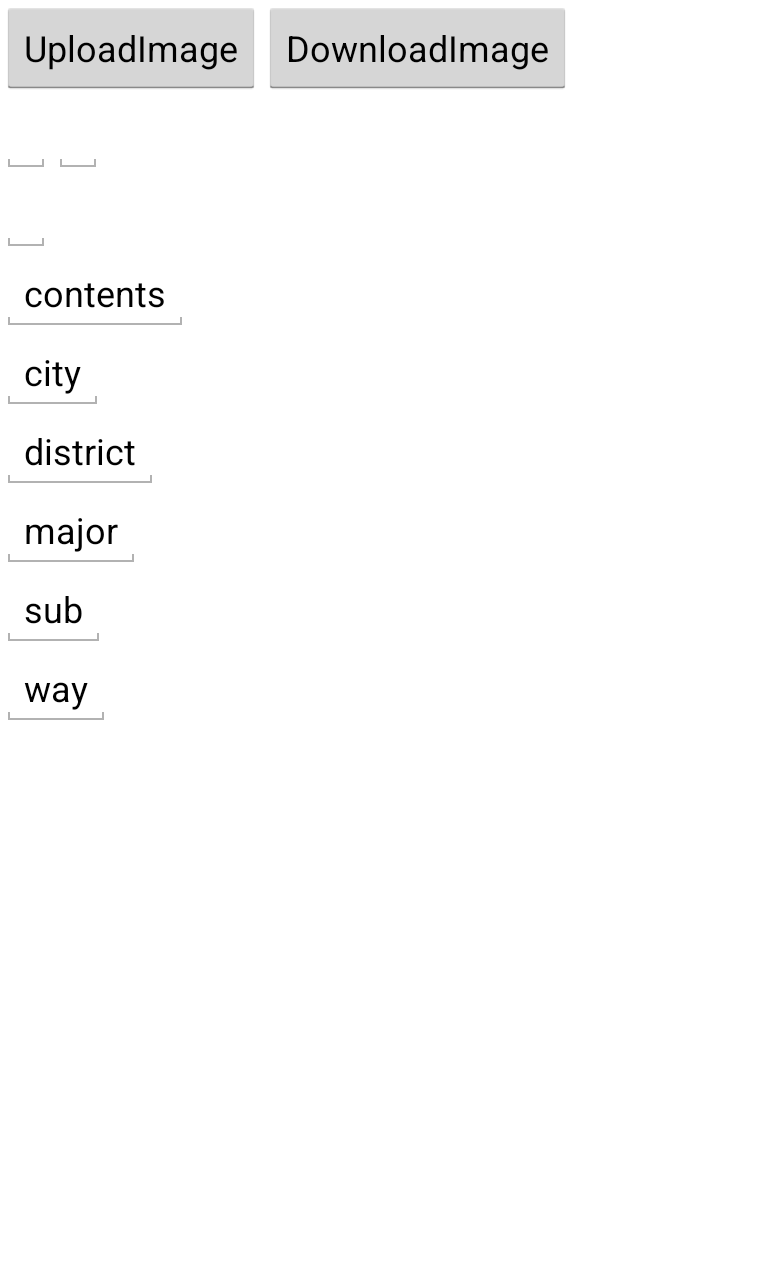
Repository: HSUmod/nanumi
Layout: Nanumi/ImageSendTest/res/layout/activity_main.xml
The author's editor kept a copy of each file at every save. The layout is drawn from the files as they stood at one save, then again after the next save.
It is drawn on a 768 x 1280 px phone screen (xhdpi) without system bars, with theme AppTheme; the app's code is not run.

Above is the layout before, as saved 2015-11-17 08:09:09.

After the next save:
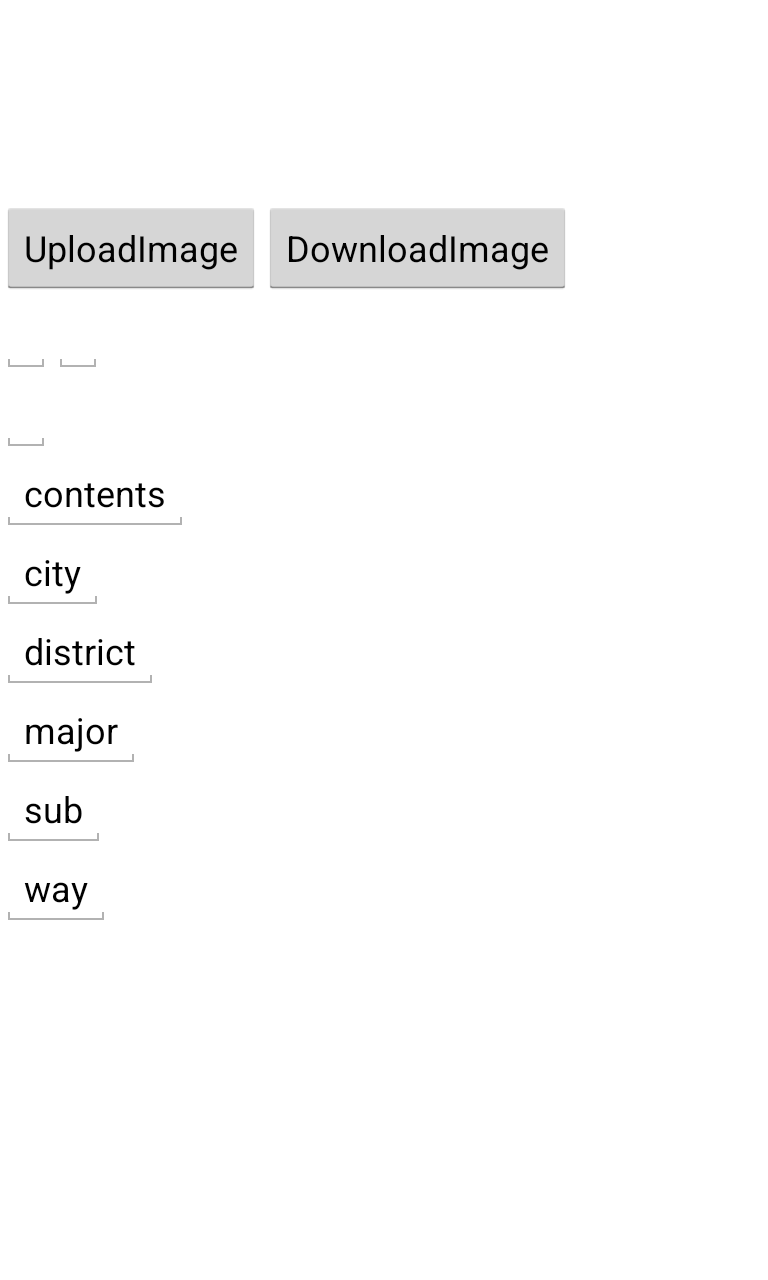
Saved 17 s later.
--- a/Nanumi/ImageSendTest/res/layout/activity_main.xml
+++ b/Nanumi/ImageSendTest/res/layout/activity_main.xml
@@ -13,7 +13,7 @@
         <ImageView
             android:id="@+id/imageToUpload"
             android:layout_width="match_parent"
-            android:layout_height="wrap_content"
+            android:layout_height="100dp"
             android:layout_weight="1" />
 
         <ImageView
